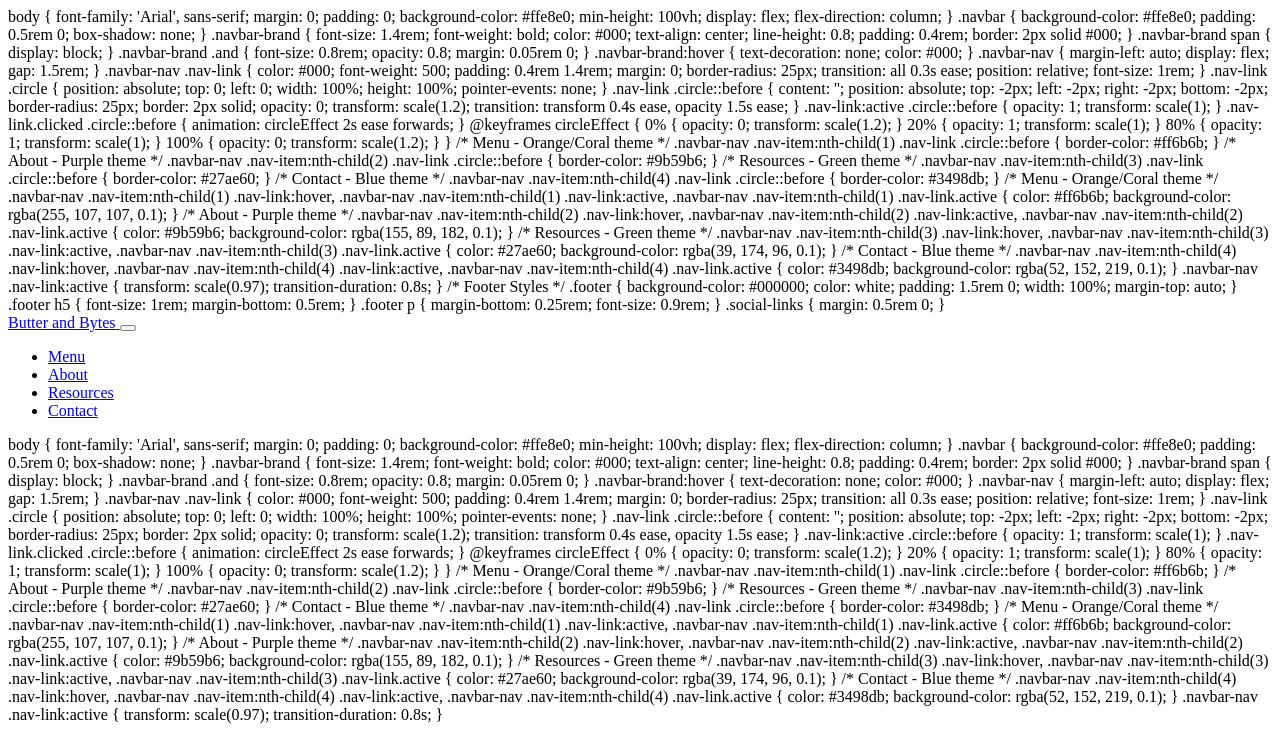
Repository: Ch3fC0d3/-MACT6340
Page: public/pages/header.html
An editor plug-in stored every save of this project. The page is shown before and after a run of saves, followed by the edit.
The browser window is 1280 px wide. The pictures show the whole page.

Above is the page before, as saved 2025-01-16 13:26:49.

After the next 2 saves:
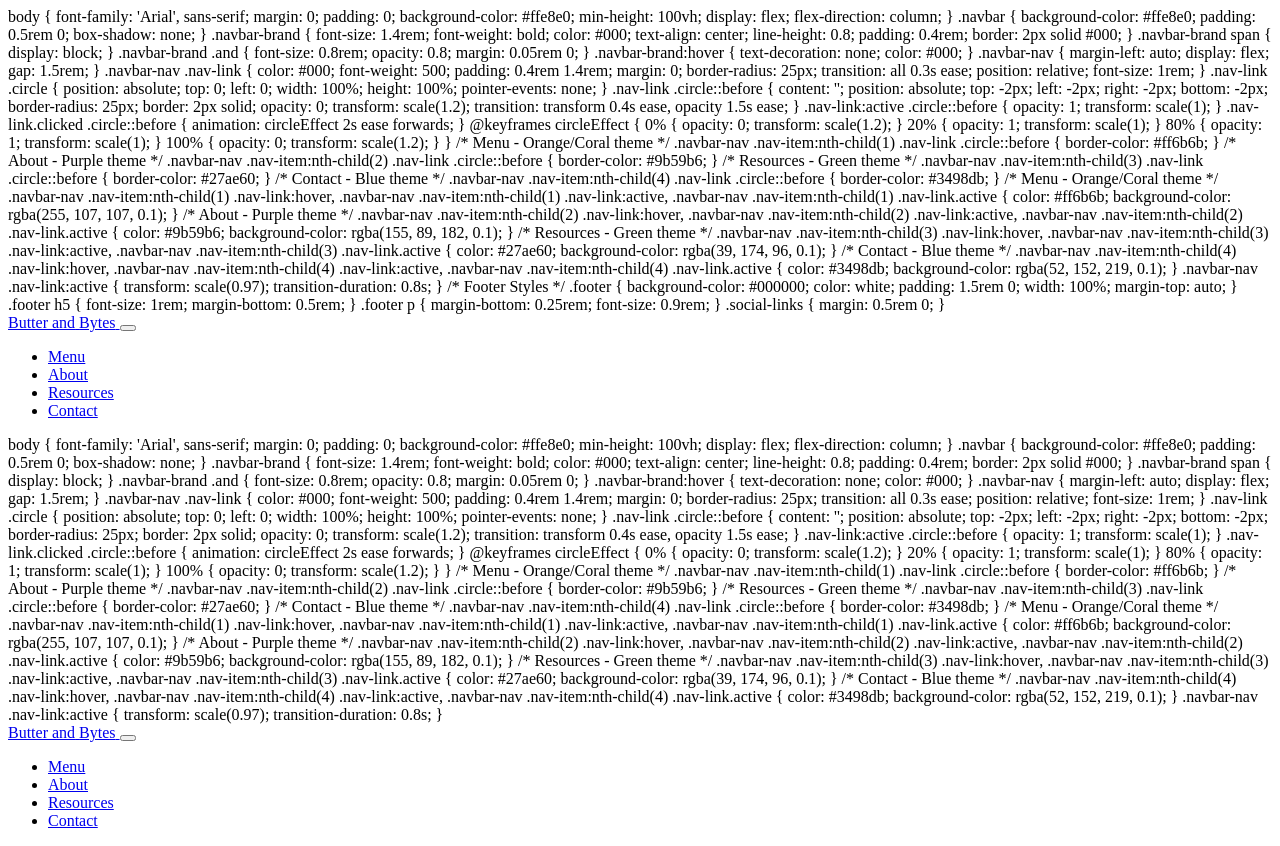
The 2 saves are shown as one change because they came seconds apart.
The last was saved 10 s later.
--- a/public/pages/header.html
+++ b/public/pages/header.html
@@ -385,3 +385,31 @@ body {
   transform: scale(0.97);
   transition-duration: 0.8s;
 }
+<nav class="navbar navbar-expand-lg fixed-top">
+  <div class="container">
+    <a class="navbar-brand" href="#">
+      <span>Butter</span>
+      <span class="and">and</span>
+      <span>Bytes</span>
+    </a>
+    <button class="navbar-toggler" type="button" data-bs-toggle="collapse" data-bs-target="#navbarNav" aria-controls="navbarNav" aria-expanded="false" aria-label="Toggle navigation">
+      <span class="navbar-toggler-icon"></span>
+    </button>
+    <div class="collapse navbar-collapse" id="navbarNav">
+      <ul class="navbar-nav">
+        <li class="nav-item">
+          <a class="nav-link" href="#menu">Menu<span class="circle"></span></a>
+        </li>
+        <li class="nav-item">
+          <a class="nav-link" href="#about">About<span class="circle"></span></a>
+        </li>
+        <li class="nav-item">
+          <a class="nav-link" href="#resources">Resources<span class="circle"></span></a>
+        </li>
+        <li class="nav-item">
+          <a class="nav-link" href="#contact">Contact<span class="circle"></span></a>
+        </li>
+      </ul>
+    </div>
+  </div>
+</nav>
